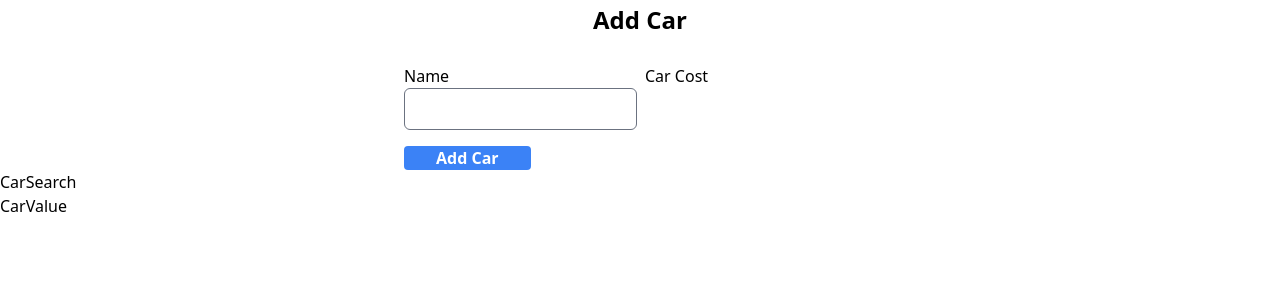
Repository: Marhamat92/carsappreduxtoolkit
Page: /
An editor plug-in stored every save of this project. The page is shown before and after the next save, followed by the edit.
The browser window is 1280 px wide. The pictures show the whole page.
The project was rebuilt for these pictures with package versions that can differ from the ones it lists, and the page was loaded fresh each time.

Above is the page before, as saved 2023-01-23 23:00:46.

### src/index.js
import React from 'react';
import ReactDOM from 'react-dom/client';
import './index.css';
import App from './App';
import { Provider } from 'react-redux';
import { store } from './store'


const root = ReactDOM.createRoot(document.getElementById('root'));
root.render(
  <Provider store={store}>
    <App />
  </Provider>
);

### src/App.js
import CarForm from "./components/CarForm";
import CarList from "./components/CarList";
import CarSearch from "./components/CarSearch";
import CarValue from "./components/CarValue";


function App() {
  return (
    <div className="container mx-auto">
      <CarForm />
      <CarSearch />
      <CarList />
      <CarValue />
    </div>
  );
}

export default App;

### src/store/index.js
import { configureStore } from "@reduxjs/toolkit";
import {
  carsReducer,
  addCar,
  removeCar,
  changeSearchTerm,
} from "./slices/carsSlice";
import { formReducer, changeName, changeCost } from "./slices/formSlice";

const store = configureStore({
  reducer: {
    cars: carsReducer,
    form: formReducer,
  },
})

export { store, addCar, removeCar, changeSearchTerm, changeName, changeCost };

### src/components/CarForm.js
import React from 'react'
import { useDispatch, useSelector } from 'react-redux'
import { changeName, changeCost, addCar } from '../store'



function CarForm() {
  const dispatch = useDispatch(); // this is the hook that allows us to dispatch actions to the store
  const { name, cost } = useSelector((state) => { // this is the hook that allows us to access the store
    return {
      name: state.form.name,
      cost: state.form.cost
    }
  })


  const handleNameChange = (e) => {
    dispatch(changeName(e.target.value))
  }

  const handleCostChange = (e) => {
    const carCost = parseInt(e.target.value) || 0;
    dispatch(changeCost(carCost))

  }


  const handleSubmit = (e) => {
    e.preventDefault();
    dispatch(addCar({ name, cost }))
  }



  return (
    <div className='flex flex-col items-center justify-center'>
      <h1 className='font-bold text-2xl py-1' >Add Car</h1>
      <div className='mt-6'>
        <form onSubmit={handleSubmit} className=''>
          <div className='flex flex-row space-x-2'>
            <div className='flex flex-col'>
              <label htmlFor='make'>Name</label>
              <input className=' border border-gray-500 rounded-md py-2

              ' value={name} onChange={handleNameChange} type='text' name='carName' id='carName' />
            </div>
            <div className='flex flex-col'>
              <label htmlFor='price'>Car Cost</label>
              <input value={cost || ''} onChange={handleCostChange} type='number' name='price' id='price' />
            </div>
          </div>
          <button className='bg-blue-500 hover:bg-blue-700 text-white font-bold  px-8 rounded mt-4' type='submit'>Add Car</button>
        </form>
      </div>
    </div>
  )
}

export default CarForm

### src/components/CarList.js
import React from 'react'
import { useSelector, useDispatch } from 'react-redux'
import { removeCar } from '../store'


function CarList() {


  const dispatch = useDispatch();

  const cars = useSelector((state) => {
    return state.cars.data;
  })

  const handleDeleteCar = (car) => {
    dispatch(removeCar(car.id))
  }



  const renderedCars = cars.map((car) => {
    return (
      <div className='flex space-x-3 space-y-3 items-center' key={car.id}>
        <p className='text-3xl' >{car.name} - ${car.cost}</p>
        <button onClick={() => handleDeleteCar(car)} className='bg-red-500 px-4 py-2 text-3xl rounded-md'>
          Remove
        </button>
      </div>
    )
  })




  return (
    <div>{renderedCars}</div>
  )
}

export default CarList

### src/components/CarSearch.js
import React from 'react'

function CarSearch() {
  return (
    <div>CarSearch</div>
  )
}

export default CarSearch

### src/components/CarValue.js
import React from 'react'

function CarValue() {
  return (
    <div>CarValue</div>
  )
}

export default CarValue

### src/store/slices/carsSlice.js
import { createSlice, nanoid } from '@reduxjs/toolkit';

const carsSlice = createSlice({
  name: 'cars',
  initialState: {
    data: [],
    searchTerm: ''
  },
  reducers: {
    changeSearchTerm(state, action) {
      state.searchTerm = action.payload;
    },
    addCar(state, action) {
      //Assumption:
      //action.payload is an object with the following properties:
      //name, cost, id
      state.data.push({
        name: action.payload.name,
        cost: action.payload.cost,
        id: nanoid()
      })
    },
    removeCar(state, action) {
      //Assumption:
      //action.payload is the id of the car to remove
      const updatedCars = state.data.filter((car) => {
        return car.id !== action.payload;
      })
      state.data = updatedCars;
    }

  }
})

export const { changeSearchTerm, addCar, removeCar } = carsSlice.actions;
export const carsReducer = carsSlice.reducer;

### src/store/slices/formSlice.js
import { createSlice } from '@reduxjs/toolkit';

const formSlice = createSlice({
  name: 'form',
  initialState: {
    name: '',
    cost: 0
  },
  reducers: {
    changeName(state, action) {
      state.name = action.payload;
    },
    changeCost(state, action) {
      state.cost = action.payload;
    }
  }
})

export const { changeName, changeCost } = formSlice.actions;
export const formReducer = formSlice.reducer;

Loaded but not shown: public/index.html (common file); src/index.css (common file); tailwind.config.js (common file)

After the next save:
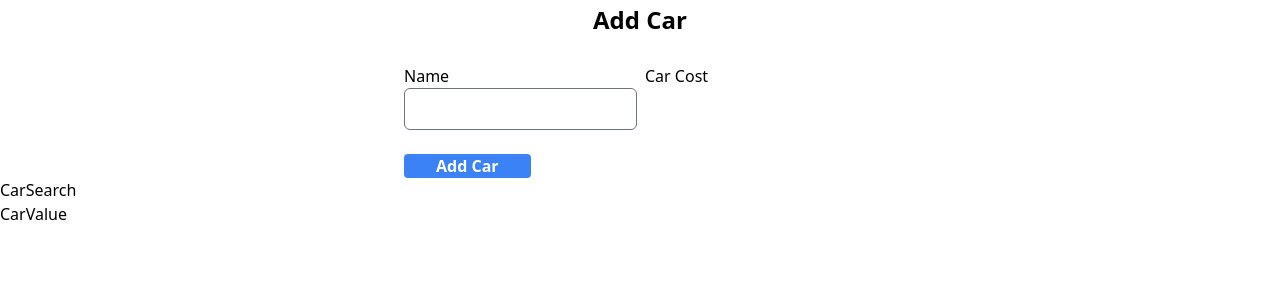
Saved 5 s later.
--- a/src/components/CarForm.js
+++ b/src/components/CarForm.js
@@ -49,7 +49,7 @@
               <input value={cost || ''} onChange={handleCostChange} type='number' name='price' id='price' />
             </div>
           </div>
-          <button className='bg-blue-500 hover:bg-blue-700 text-white font-bold  px-8 rounded mt-4' type='submit'>Add Car</button>
+          <button className='bg-blue-500 hover:bg-blue-700 text-white font-bold  px-8 rounded mt-6' type='submit'>Add Car</button>
         </form>
       </div>
     </div>

After the save that followed:
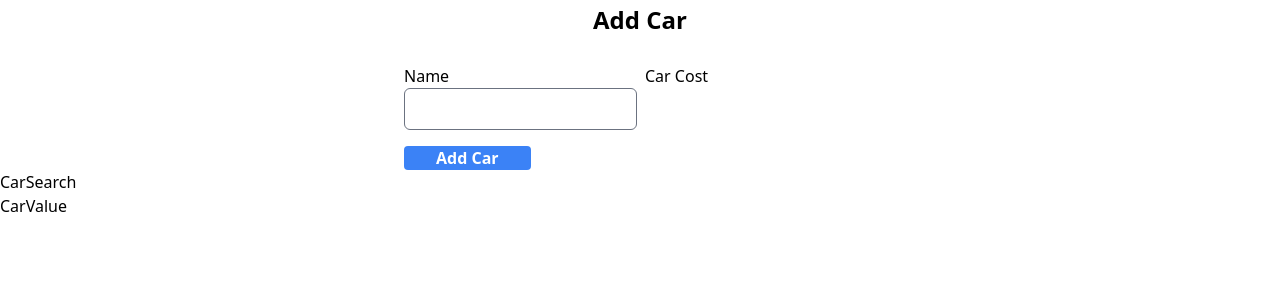
Saved 5 s later.
--- a/src/components/CarForm.js
+++ b/src/components/CarForm.js
@@ -49,7 +49,7 @@
               <input value={cost || ''} onChange={handleCostChange} type='number' name='price' id='price' />
             </div>
           </div>
-          <button className='bg-blue-500 hover:bg-blue-700 text-white font-bold  px-8 rounded mt-6' type='submit'>Add Car</button>
+          <button className='bg-blue-500 hover:bg-blue-700 text-white font-bold  px-8 rounded mt-4' type='submit'>Add Car</button>
         </form>
       </div>
     </div>
